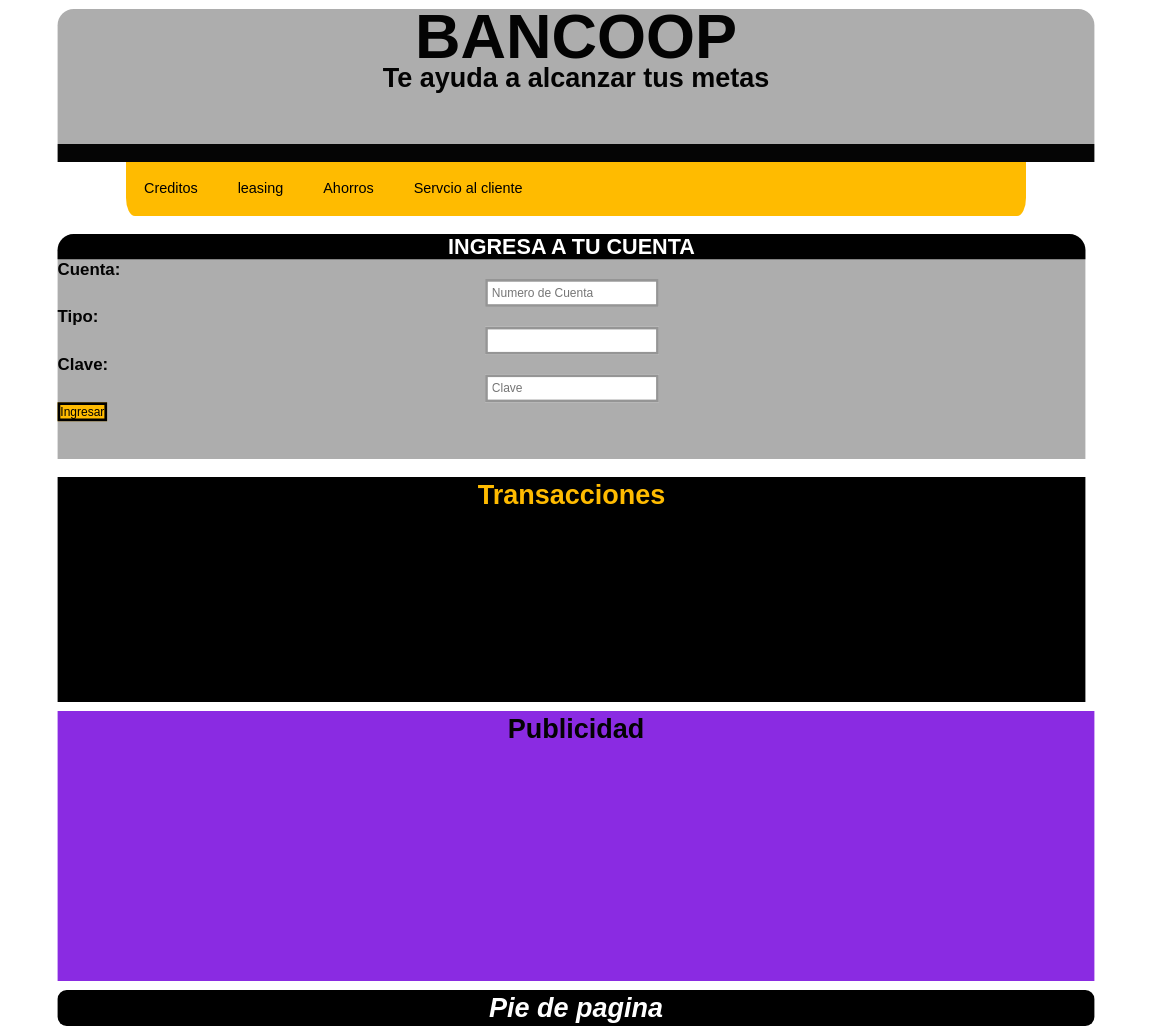
Repository: NickArregoces/BANCOOP
Page: Index.html
The author's editor kept a copy of each file at every save. The page is drawn from the files as they stood at one save, then again after the next save.
The browser window is 1280 px wide. The pictures show the whole page, at 90% of full size.

Above is the page before, as saved 2021-09-29 18:00:51.

After the next save:
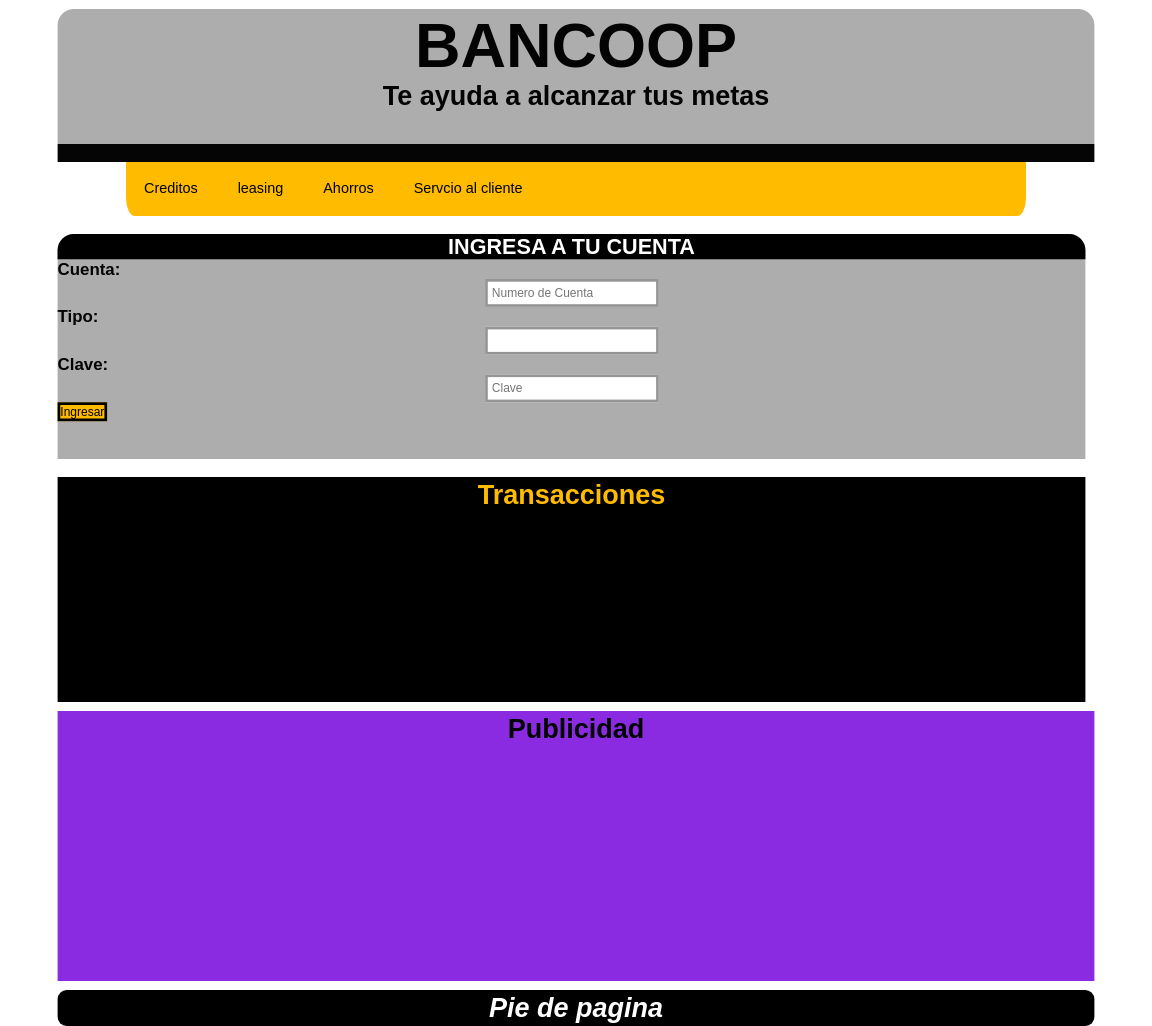
Saved 15 s later.
--- a/CSS/Style.css
+++ b/CSS/Style.css
@@ -16,9 +16,10 @@ header{
     border-top-left-radius:  18px;
     border-top-right-radius:  18px;
     height: 150px;
-    display: block;
 }
     header h1{
+        padding: 10px;
+        display: block;
         font-size: 70px;
         text-align: center;
         line-height: 60px;
